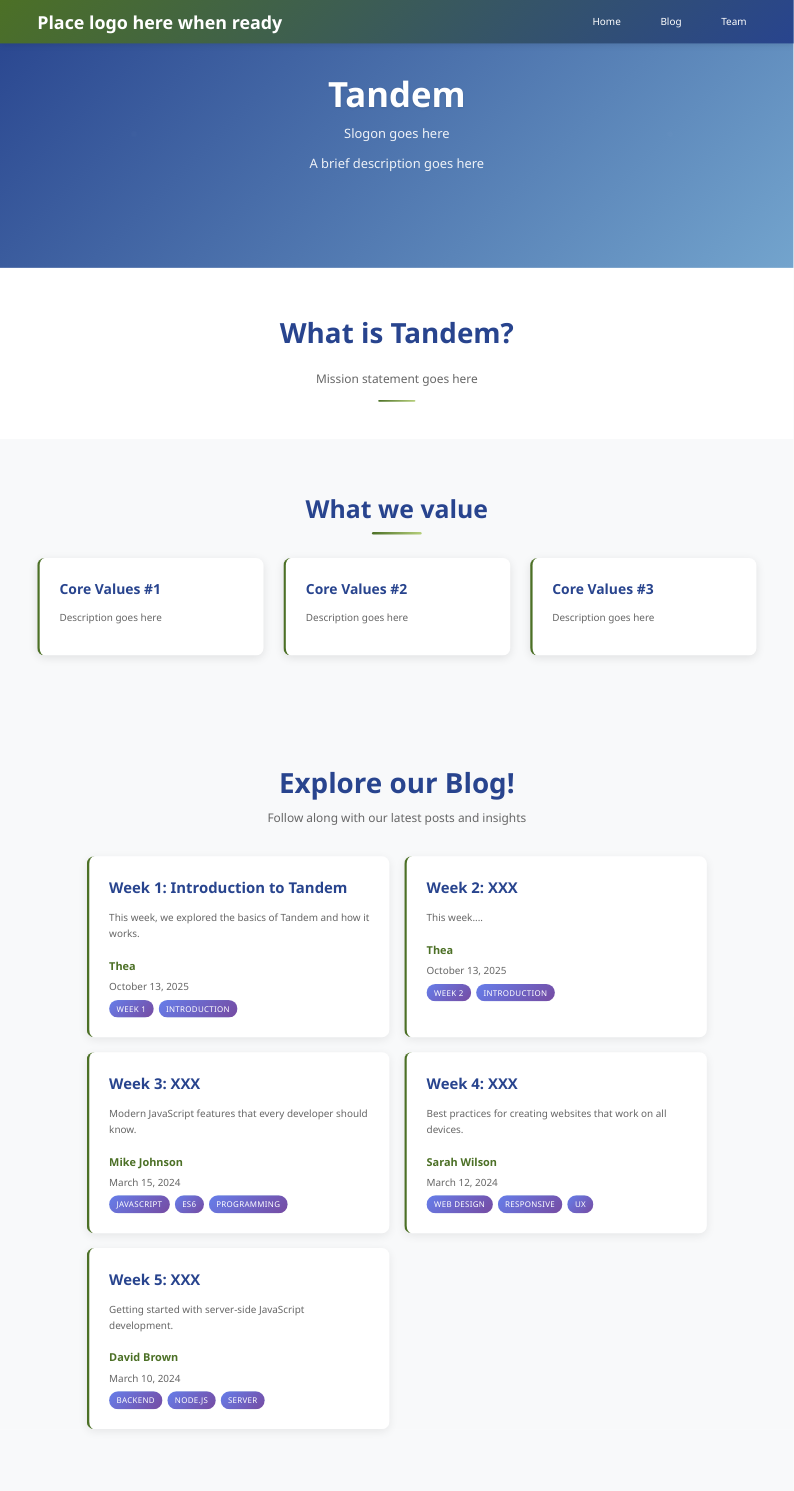
Repository: Bcit-sandy/TandemBlog
Page: /
An editor plug-in stored every save of this project. The page is shown before and after a run of saves, followed by the edit.
The browser window is 1280 px wide. The pictures show the whole page, at 62% of full size.
The project was rebuilt for these pictures with package versions that can differ from the ones it lists, and the page was loaded fresh each time. Also part of the build but not shown: vite.config.js, src/pages/BlogPost.jsx, src/pages/About.css, src/pages/About.jsx.

Above is the page before, as saved 2025-10-13 16:18:08.

After the next 3 saves:
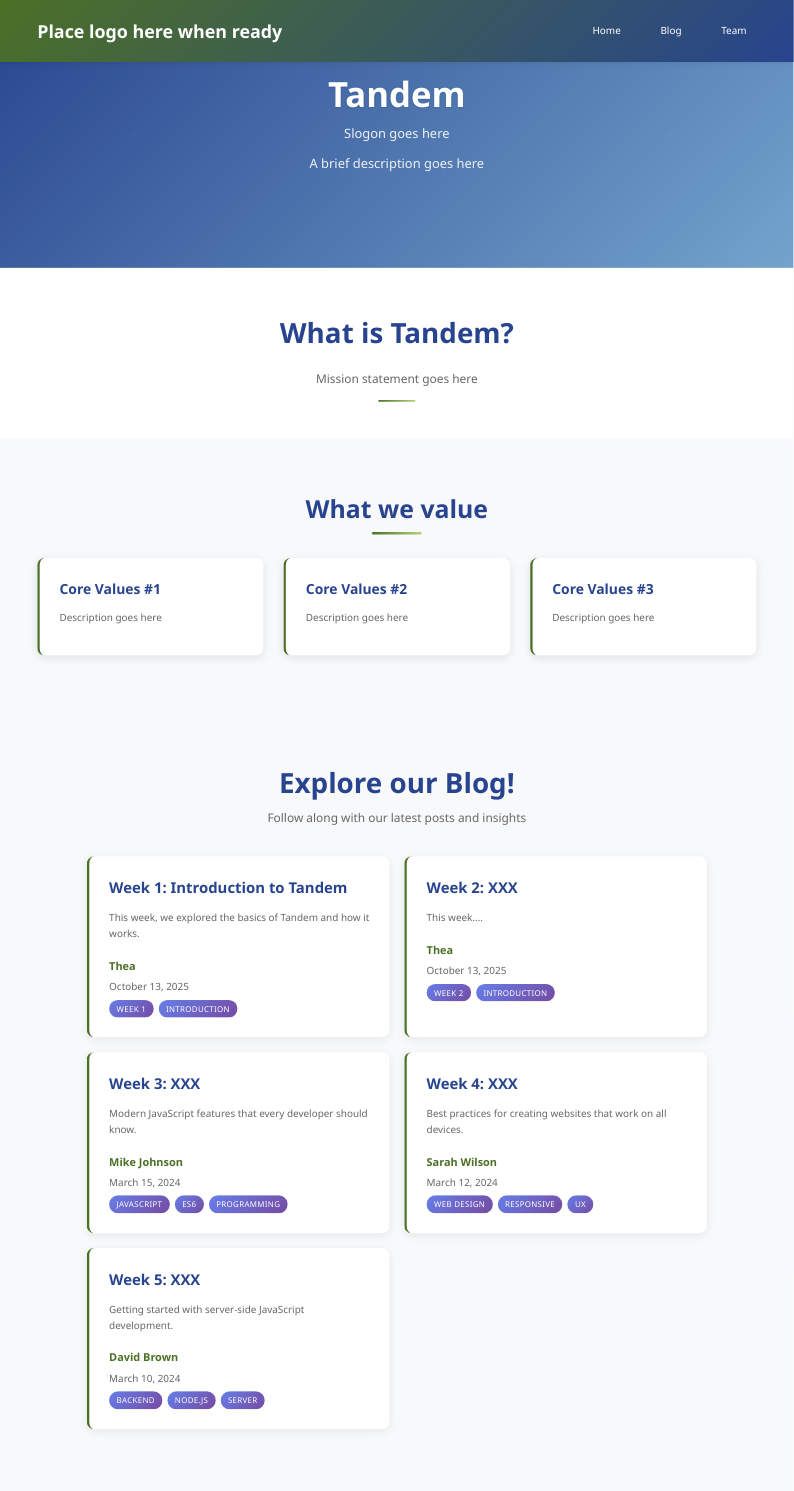
The 3 saves are shown as one change because they came seconds apart.
The last was saved 66 s later.
--- a/src/components/Navbar.css
+++ b/src/components/Navbar.css
@@ -6,7 +6,7 @@
   background: linear-gradient(135deg, var(--green-primary), var(--blue-primary));
   box-shadow: 0 2px 10px rgba(0, 0, 0, 0.1);
   z-index: 1000;
-  height: 70px;
+  height: 100px;
 }
 
 .nav-container {
